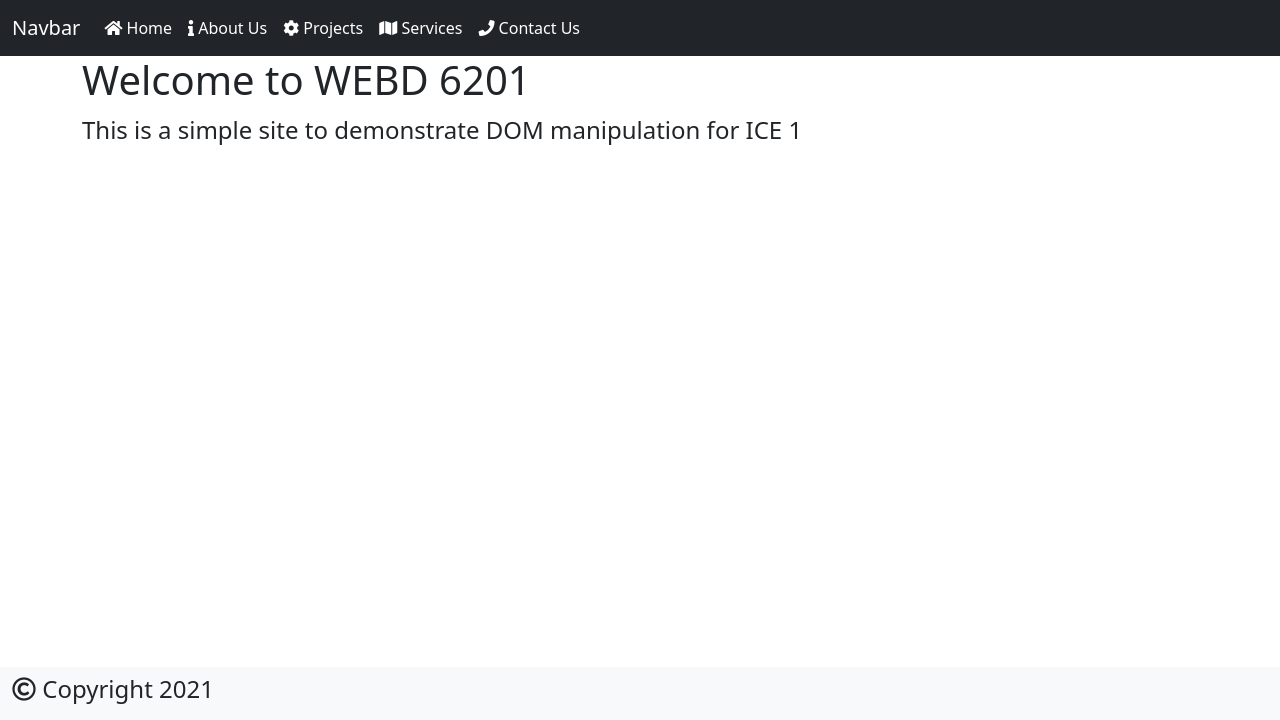
Repository: spencernewellevans/WEBD6201-ICE01
Page: index.html
These files come from the project's save history. The page is drawn as it stood at one moment and after the next save; the edit follows.
The browser window is 1280 px wide. The pictures show the whole page.

Above is the page before, as saved 2021-01-22 15:37:59.

After the next save:
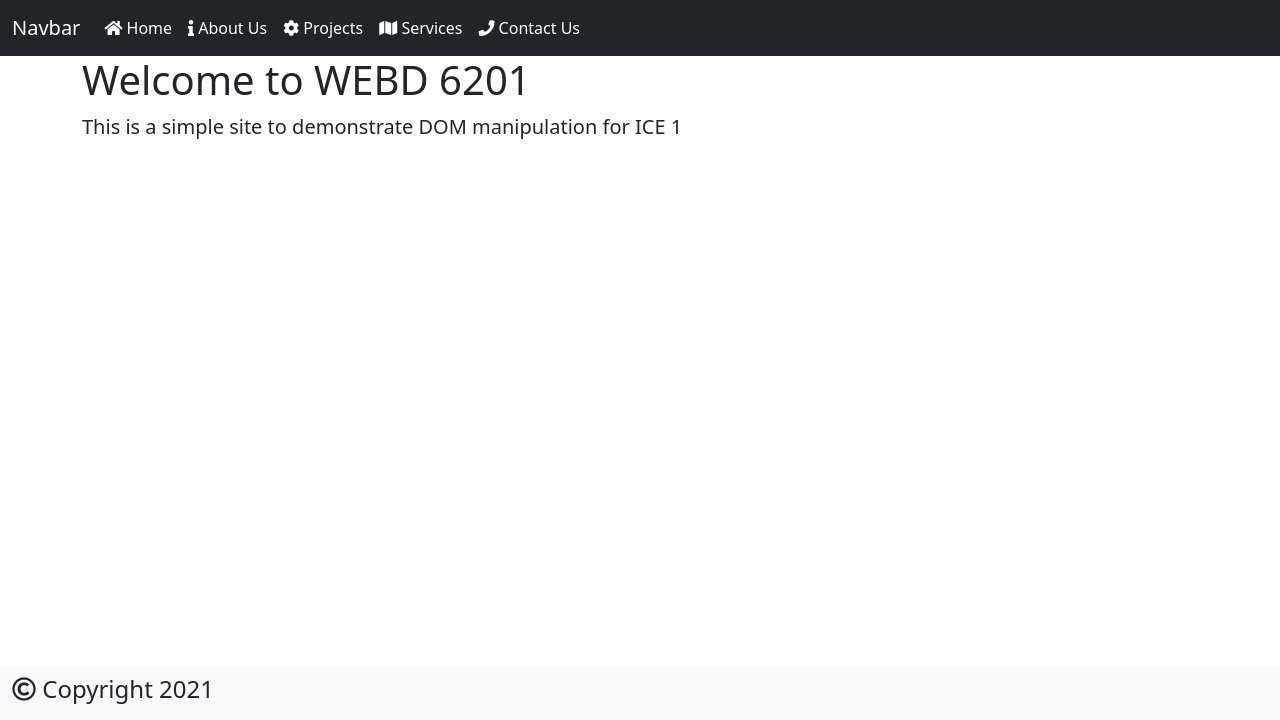
Saved 4 s later.
--- a/scripts/app.js
+++ b/scripts/app.js
@@ -18,7 +18,7 @@
         let paragraphOneElement = document.getElementById("paragraphOne");
 
         paragraphOneElement.textContent = paragraphOneText;
-        paragraphOneElement.className = "fs-4"
+        paragraphOneElement.className = "fs-5"
     }
 
     window.addEventListener("load", Start);

After the save that followed:
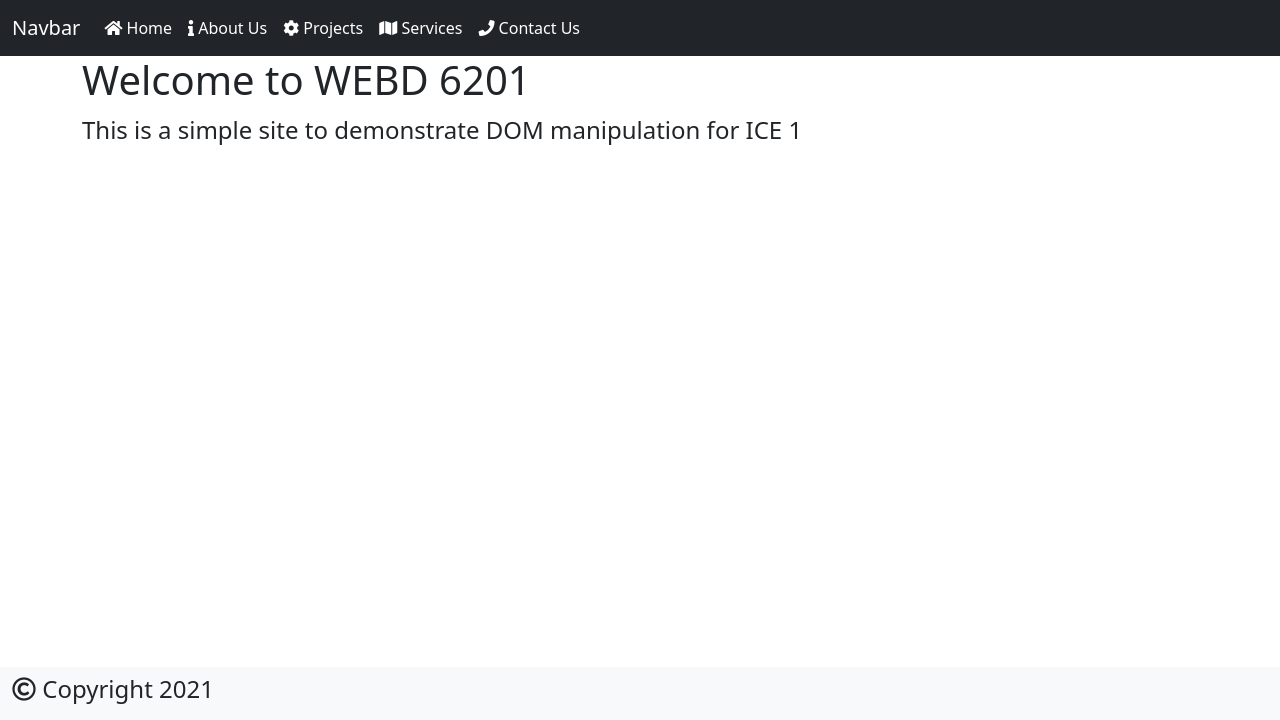
Saved 4 s later.
--- a/scripts/app.js
+++ b/scripts/app.js
@@ -18,7 +18,7 @@
         let paragraphOneElement = document.getElementById("paragraphOne");
 
         paragraphOneElement.textContent = paragraphOneText;
-        paragraphOneElement.className = "fs-5"
+        paragraphOneElement.className = "fs-4"
     }
 
     window.addEventListener("load", Start);
